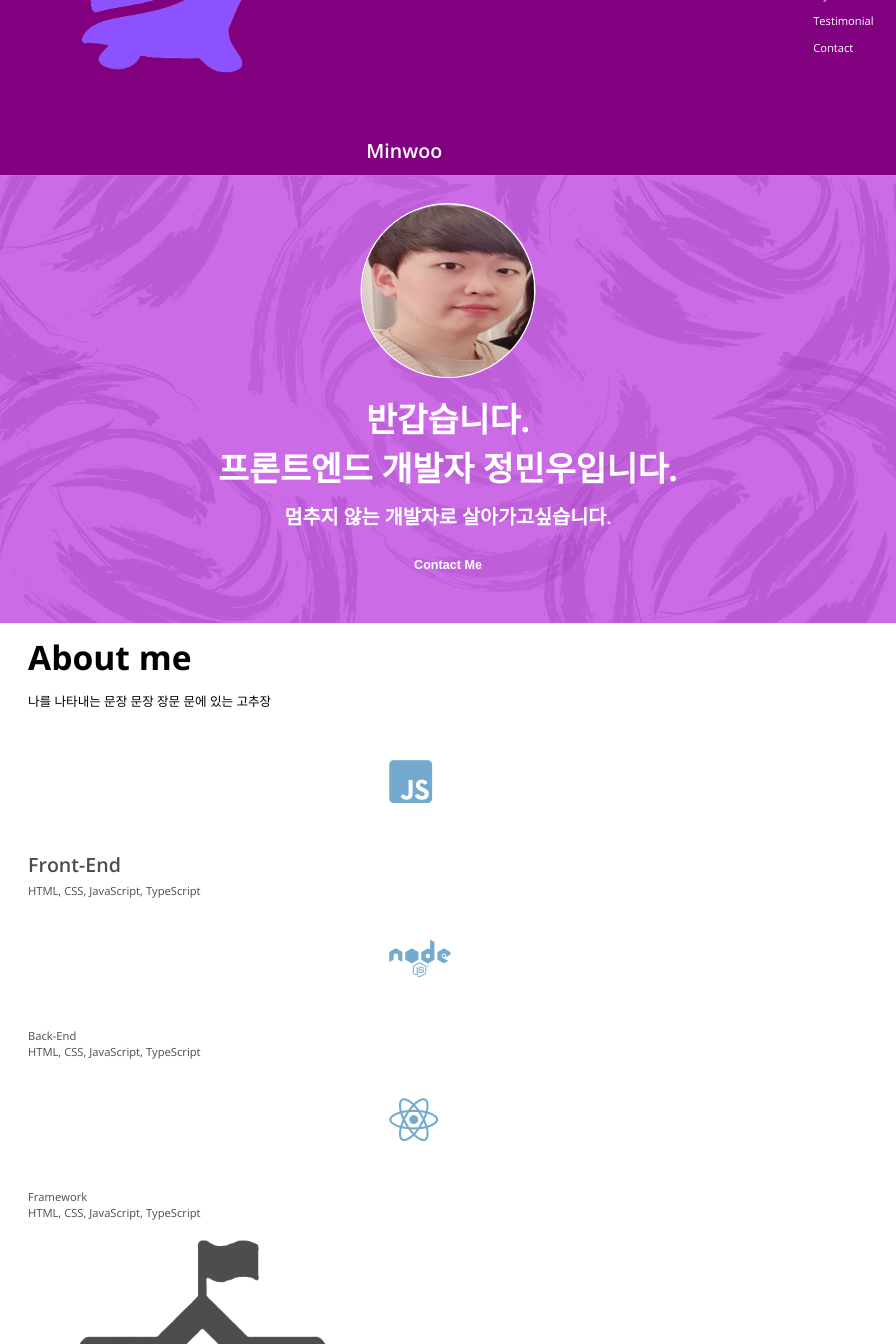
Repository: DevMinwoo-Jung/MinwooPortfolio
Page: index.html
The author's editor kept a copy of each file at every save. The page is drawn from the files as they stood at one save, then again after the next save.
The browser window is 1280 px wide. The pictures show the part of the page from y = 513 to 2433 px (the page is 6178 px tall before and 6200 px after), at 70% of full size.

Above is the page before, as saved 2021-06-01 11:11:21.

### index.html
<!DOCTYPE html>
<html lang="en">
<head>
  <meta charset="UTF-8">
  <meta http-equiv="X-UA-Compatible" content="IE=edge">
  <meta name="viewport" content="width=device-width, initial-scale=1.0">
  <title>Minwoo's Portfolio</title>
  <meta name="description" content="(will be) world-renowned Front-End Web developer Minwoo">
  <meta name="author" content= "Minwoo Jung">
  <link rel="icon" type ="image/png" href="imgs/favicon.png">
  <link rel="stylesheet" href="https://use.fontawesome.com/releases/v5.15.3/css/all.css" integrity="sha384-SZXxX4whJ79/gErwcOYf+zWLeJdY/qpuqC4cAa9rOGUstPomtqpuNWT9wdPEn2fk" crossorigin="anonymous">
  <link rel="preconnect" href="https://fonts.gstatic.com">
<link href="https://fonts.googleapis.com/css2?family=Open+Sans:wght@400;600;700&display=swap" rel="stylesheet">
<link rel="stylesheet" href="style.css">
<script src="main.js" defer></script>
</head>
<body>
  <h1>Heading</h1>
  <h2>Heading</h2>
  <h3>Heading</h3>
  <p>Paragraph</p>
  <!-- Navbar -->
  <nav id="navbar">
    <div class="navbar__logo">
      <img src="imgs/favicon.png" alt="">
      <a href="#">Minwoo</a>
    </div>
      <ul class="nvabar__menu">
        <li class="navbar__menu__item--active">Home</li>
        <li class="navbar__menu__item">About</li>
        <li class="navbar__menu__item">Skills</li>
        <li class="navbar__menu__item">My work</li>
        <li class="navbar__menu__item">Testimonial</li>
        <li class="navbar__menu__item">Contact</li>
      </ul>
  </nav>
  <!-- Home -->
  <section id="home">
    <img src="imgs/myPhoto.jpg" alt="Minwoo's profile photo" class="home__avatar">
    <h1 class="home__title">반갑습니다. <br> 프론트엔드 개발자 정민우입니다.</h1>
    <h2 class="home__description">멈추지 않는 개발자로 살아가고싶습니다.</h2>
    <button class="home__contact">Contact Me</button>
  </section>
  <!-- About -->
  <section id="about" class="section__container">
    <h1>About me</h1>
    <p>나를 나타내는 문장 문장 장문 문에 있는 고추장</p>
    <div class="about__majors">
      <div class="major">
        <div class="major__icon">
          <i class="fab fa-js-square"></i>
        </div>
        <h2 class="major__title">Front-End</h2>
        <div class="major__description">
          HTML, CSS, JavaScript, TypeScript
        </div>
      </div>
      <div class="major">
        <div class="major__icon">
          <i class="fab fa-node"></i>
        </div>
        <div class="major__title">Back-End</div>
        <div class="major__description">
          HTML, CSS, JavaScript, TypeScript
        </div>
      </div>
      <div class="major">
        <div class="major__icon">
          <i class="fab fa-react"></i>
        </div>
        <div class="major__title">Framework</div>
        <div class="major__description">
          HTML, CSS, JavaScript, TypeScript
        </div>
      </div>
    </div>
    <div class="aoubt__jobs">
      <div class="job">
        <img src="imgs/school.png" alt="" class="job__logo">
      </div>
      <div class="job__description">
        <p class="job__period">쌍용교육센터 - 2019.09 ~ 2020.04</p>
      </div>
      <div class="job">
        <img src="imgs/school.png" alt="" class="job__logo">
      </div>
      <div class="job__description">
        <p class="job__period">호서대학교 - 2012.02 ~ 2017.02</p>
      </div>
    </div>



  </section>
  <!-- Skills -->
  <section id="skills" class="section">
    <div class="section__container">
      <h1>Skills</h1>
      <h2>Skills & Attributes</h2>
      <p>
        나를 잘 포장할 말을 쓰면 된다
      </p>
      <div class="skillset">
        <div class="skillset__left">
          <h3 class="skillset__title">Skills</h3>
          <div class="skill">
            <div class="skill__description">
              <span>HTML</span>
              <span>90%</span>
            </div>
            <div class="skill__bar">
              <div class="skill__value" style="width: 99%;"></div>
            </div>
          </div>
          <div class="skill">
            <div class="skill__description">
              <span>JavaScript</span>
              <span>90%</span>
            </div>
            <div class="skill__bar">
              <div class="skill__value"  style="width: 99%;"></div>
            </div>
          </div>
          <div class="skill">
            <div class="skill__description">
              <span>CSS</span>
              <span>90%</span>
            </div>
            <div class="skill__bar">
              <div class="skill__value"  style="width: 90%;"></div>
            </div>
          </div>
          <div class="skill">
            <div class="skill__description">
              <span>TypeScript</span>
              <span>90%</span>
            </div>
            <div class="skill__bar">
              <div class="skill__value"  style="width: 85%;"></div>
            </div>
          </div>
          <div class="skill">
            <div class="skill__description">
              <span>NodeJs</span>
              <span>90%</span>
            </div>
            <div class="skill__bar">
              <div class="skill__value"  style="width: 80%;"></div>
            </div>
          </div>
        </div>
        <div class="skillset__right">
          <div class="tools">
            <h3 class="skillset__title">Tools</h3>
            <ul class="tools__list">
              <li><span>Visual Studio Code</span></li>
              <li><span>1</span></li>
              <li><span>2</span></li>
              <li><span>3</span></li>
              <li><span>4</span></li>
            </ul>
          </div>
          <div class="etc">
            <h3 class="skillset__title">Etc</h3>
            <ul class="etc__list">
              <li><span>Git</span></li>
              <li><span>Etc</span></li>
            </ul>
          </div>
        </div>
      </div>
    </div>
  </section>
  <!-- Work -->
  <section id="work" class="section">
<div class="section__container">
  <h1>My work</h1>
  <h3>Projects</h3>
  <div class="work__categories">
    <button class="category__btn active">All <span class="category__count">8</span></button>
    <button class="category__btn">Front-End <span class="category__count">3</span></button>
    <button class="category__btn">React <span class="category__count">2</span></button>
    <button class="category__btn">vanilaJs <span class="category__count">2</span></button>
    <button class="category__btn">nodeJs <span class="category__count">1</span></button>
  </div>
  <div class="work__projects">
    <a href="mygithub" class="project" target="blank" data-type="back-end">
    <img class="project__img" src="imgs/favicon.png" alt="project1">
    <!-- 이미지 추후에 넣자 -->
    <div class="project__description">
      <h3>Proejct</h3>
      <span>Clone coding with HTML and CSS</span>
    </div>
    </a>
    <a href="mygithub" class="project" target="blank" data-type="back-end">
      <img class="project__img" src="imgs/favicon.png" alt="project1">
      <!-- 이미지 추후에 넣자 -->
      <div class="project__description">
        <h3>Proejct</h3>
        <span>Clone coding with HTML and CSS</span>
      </div>
      </a>
      <a href="mygithub" class="project" target="blank" data-type="back-end">
        <img class="project__img" src="imgs/favicon.png" alt="project1">
        <!-- 이미지 추후에 넣자 -->
        <div class="project__description">
          <h3>Proejct</h3>
          <span>Clone coding with HTML and CSS</span>
        </div>
      </a>
      <a href="mygithub" class="project" target="blank" data-type="back-end">
        <img class="project__img" src="imgs/favicon.png" alt="project1">
        <!-- 이미지 추후에 넣자 -->
        <div class="project__description">
          <h3>Proejct</h3>
          <span>Clone coding with HTML and CSS</span>
        </div>
      </a>
      <a href="mygithub" class="project" target="blank" data-type="back-end">
        <img class="project__img" src="imgs/favicon.png" alt="project1">
        <!-- 이미지 추후에 넣자 -->
        <div class="project__description">
          <h3>Proejct</h3>
          <span>Clone coding with HTML and CSS</span>
        </div>
      </a>
      <a href="mygithub" class="project" target="blank" data-type="back-end">
        <img class="project__img" src="imgs/favicon.png" alt="project1">
        <!-- 이미지 추후에 넣자 -->
        <div class="project__description">
          <h3>Proejct</h3>
          <span>Clone coding with HTML and CSS</span>
        </div>
      </a>
      <a href="mygithub" class="project" target="blank" data-type="back-end">
        <img class="project__img" src="imgs/favicon.png" alt="project1">
        <!-- 이미지 추후에 넣자 -->
        <div class="project__description">
          <h3>Proejct</h3>
          <span>Clone coding with HTML and CSS</span>
        </div>
      </a>
      <a href="mygithub" class="project" target="blank" data-type="back-end">
        <img class="project__img" src="imgs/favicon.png" alt="project1">
        <!-- 이미지 추후에 넣자 -->
        <div class="project__description">
          <h3>Proejct</h3>
          <span>Clone coding with HTML and CSS</span>
        </div>
      </a>
  </div>
</div>
  </section>
  <!-- Testimonials -->
  <section id="testimonials" class="section">
<div class="section__container">
  <h1>Testmonials</h1>
  <h3>See what they say about me</h3>
  <div class="testimonials">
    <div class="testimonial">
      <img src="imgs/testimonail/people.jpg" alt="" class="testimonial__avatar">
      <div class="testimonail__speech-bubble">
        <p>Lorem Ipsum is simply dummy text of the printing and typesetting industry. Lorem Ipsum has been the industry's standard dummy text ever since the 1500s, when an unknown printer took a galley of type and scrambled it to make a type specimen book. It has survived not only five centuries, but also the leap into electronic typesetting, remaining essentially unchanged. It was popularised in the 1960s with the release of Letraset sheets containing Lorem Ipsum passages, and more recently with desktop publishing software like Aldus PageMaker including versions of Lorem Ipsum.</p>
        <p class="name"><a href="">이름</a>일한곳</p>
      </div>
    </div>
    <div class="testimonial">
      <div class="testimonail__speech-bubble">
        <p>Lorem Ipsum is simply dummy text of the printing and typesetting industry. Lorem Ipsum has been the industry's standard dummy text ever since the 1500s, when an unknown printer took a galley of type and scrambled it to make a type specimen book. It has survived not only five centuries, but also the leap into electronic typesetting, remaining essentially unchanged. It was popularised in the 1960s with the release of Letraset sheets containing Lorem Ipsum passages, and more recently with desktop publishing software like Aldus PageMaker including versions of Lorem Ipsum.</p>
        <p class="name"><a href="">이름</a>일한곳</p>
      </div>
      <img src="imgs/testimonail/people.jpg" alt="" class="testimonial__avatar">
    </div>
  </div>
</div>
  </section>
  <!-- Contact -->
  <section id="contact" class="section">
    <h1 class="contact__title">Let's talk</h1>
    <h2 class="contact__email">applejung312@gmail.com</h2>
    <div class="contact__links">
      <a href="https://github.com/DevMinwoo-Jung" target="_blank">
        <i class="fab fa-github"></i>
      </a>
      <a href="https://dev-minwoo.tistory.com/" target="_blank">
        <i class="fas fa-blog"></i>
      </a>
    </div>
    <p class="contact__right">
      2021 Minwoo Jung - All rights reseverd
    </p>
  </section>
</body>
</html>

### style.css
/* Global */
:root {
  /* Color */
  --color-white: #ffffff;
  --color-light-white: #eeeeee;
  --color-dark-white: #bdbdbd;
  --color-pink: #fe918d;
  --color-dark-pink: #ff6863;
  --color-dark-grey: #4d4d4d;
  --color-grey: #616161;
  --color-light-grey: #7c7979;
  --color-blue: #73aace;
  --color-yellow: #fff7d1;
  --color-orange: #feb546;
  --color-black: #000000;
  --color-dard-purple: rgb(78, 23, 69);

  /* Font size */
  --font-large: 48px;
  --font-medium: 28px;
  --font-regular: 18px;
  --font-small: 16px;
  --font-micro: 14px;

  /* Font weight */
  --weight-bold: 700;
  --weight-semi-bold: 600;
  --weight-regular: 400;

  /* Size */
  --size-border-radius: 4px;

  /* Animation Duration */
  --animation-duration: 300ms;
}

/* Universal tags */
* {
  box-sizing: border-box;
}

/* Typography */
h1 {
  font-size: var(--font-large);
  font-weight: var(--weight-bold);
  color: var(--color-black);
  margin: 16px 0px;
}

h2 {
  font-size: var(--font-medium);
  font-weight: var(--weight-semi-bold);
  color: var(--color-black);
  margin: 8px 0;
}

h3 {
  font-size: var(--font-regular);
  font-weight: var(--weight-regular);
  color: var(--color-black);
  margin: 8px 0;
}

p {
  font-size: var(--font-regular);
  font-weight: var(--weight-regular);
  color: var(--color-black);
  margin: 16px 0;
}

body {
  margin: 0;
  font-family: "Open Sans", sans-serif;
  cursor: default;
}

a {
  text-decoration: none;
  color: var(--color-white);
}

ul {
  list-style: none;
  padding-left: 0;
}

li {
  list-style: none;
}

button {
  background-color: transparent;
  cursor: pointer;
  border: none;
  outline: none;
}

/* Navbar */
#navbar {
  display: flex;
  justify-content: space-between;
  background-color: purple;
  align-items: center;
  color: var(--color-white);
  padding: 16px;
}

.navbar__menu {
  display: flex;
}

.navbar__menu__item {
  padding: 8px 12px;
  margin: 0 4px;
  cursor: pointer;
  border-radius: var(--size-border-radius);
}

.navbar__logo {
  font-size: var(--font-medium);
  font-weight: var(--weight-semi-bold);
}

.navbar__menu__item--active {
  border: 1px solid var(--color-white);
}

.navbar__menu__item:hover {
  background-color: var(--color-dard-purple);
}

/* Home */
#home {
  background: url("imgs/background\ Img.png") center/cover no-repeat;
  padding: 40px;
  text-align: center;
}

.home__avatar {
  width: 250px;
  height: 250px;
  border-radius: 50%;
  border: 2px solid var(--color-white);
}

.home__title,
.home__description {
  color: var(--color-white);
}

.home__contact {
  color: var(--color-white);
  font-size: var(--font-regular);
  font-weight: var(--weight-bold);
  margin: 24px;
  padding: 8px 12px;
  border: 2px solid (var(--color-white));
  border-radius: var(--size-border-radius);
}

/* Section common */
.section {
  margin: auto;
  padding: 50px;
  text-align: center;
}

.section__container {
  max-width: 1200px;
  margin: auto;
}

/* About */
.aoubt__majors {
  display: flex;
  justify-content: space-between;
  margin: 80px 0;
}

.major__icon {
  width: 170px;
  height: 170px;
  font-size: 70px;
  line-height: 170px;
  margin: auto;
  border: 1px solid var(--color-white);
  border-radius: 50%;
  margin-bottom: 16px;
  color: var(--color-blue);
}

.major__icon:hover i {
  color: var(--color-pink);
  transform: rotate(-30deg) scale(1.1);
}

.major__icon i {
  transition: all var(--animation-duration) ease;
}

/*
.major__icon i:hover{
  이렇게하면 i에 올려났을때만 변하지만
  위처럼하면 icon에 올렸을때 i만 변한다
  color: var(--color-pink);
  transform: rotate(-30deg) scale(1.1);
} */

.major__title,
.major__description {
  color: var(--color-dark-grey);
}

.major__description {
  font-size: var(--font-small);
}

.job {
  display: flex;
  align-items: center;
}

.job__description {
  margin: 0 16px;
  text-align: left;
}

.job__name,
.job__period {
  color: var(--color-light-grey);
}

.job__name {
  font-size: var(--font-small);
}

.job__period {
  font-size: var(--font-micro);
}

/* Skill */
#skills {
  background-color: var(--color-yellow);
}

.skillset {
  display: flex;
  background-color: var(--color-light-grey);
  color: var(--color-light-white);
  margin: 20px 0;
}

.skillset__title {
  color: var(--color-white);
}

.skillset__left {
  flex-basis: 60%;
  background-color: var(--color-dark-grey);
  color: var(--color-white);
  padding: 20px 40px;
}

.skill__description {
  display: flex;
  justify-content: space-between;
}

.skillset__right {
  flex-basis: 40%;
}

.tools {
  background-color: var(--color-grey);
}

.skill__bar {
  width: 100%;
  height: 3px;
  background-color: var(--color-grey);
}

.skill {
  margin-bottom: 32px;
}

.skill__value {
  height: 3px;
  background-color: var(--color-orange);
}

.tolls,
.etc {
  padding: 20px;
}

/* Work */
.work__categories {
  margin: 40px;
}

.category__btn {
  border: 1px solid var(--color-dark-grey);
  border-radius: var(--size-border-radius);
  font-size: var(--font-regular);
  padding: 8px 48px;
}

.category__btn.active,
.category__btn:hover {
  background-color: var(--color-pink);
  color: var(--color-white);
}

.category__btn.active,
.category__count,
.category__btn:hover .category__count {
  opacity: 1;
  top: 0;
}
.category__count {
  background-color: var(--color-orange);
  border-radius: 50%;
  color: var(--color-white);
  width: 24px;
  height: 24px;
  display: inline-block;
  line-height: 24px;
  position: relative;
  top: -20px;
  left: 4px;
  opacity: 0;
  transition: all var(--animation-duration);
}

.work__projects {
  display: flex;
  flex-wrap: wrap;
  justify-content: center;
}

.project {
  width: 280px;
  display: flex;
  justify-content: center;
  align-items: center;
  height: 250px;
  margin: 2px;
  background-color: var(--color-light-white);
  position: relative;
}

.project__img {
  max-width: 100%;
  max-height: 100%;
}

.project__description {
  position: absolute;
  top: 0;
  left: 0;
  width: 100%;
  height: 100%;
  display: flex;
  flex-direction: column;
  justify-content: center;
  opacity: 0;
  transition: all var(--animation-duration) ease-in;
}

.project:hover .project__description {
  opacity: 0.8;
  transform: translateY(0px);
}

.project__description h3 {
  color: var(--color-white);
}

.project__description h3:after {
  content: "";
  width: 25px;
  height: 25px;
  display: block;
  position: relative;
  left: 50%;
  margin-left: -12px;
  background-color: var(--color-dark-white);
}

/* Testimonial */
#testimonials {
  background-color: var(--color-dark-white);
}

.testimonials {
  margin: 40px;
}

.testimonial {
  display: flex;
  margin: 32px 0;
}

.testimonial__avatar {
  width: 150px;
  height: 150px;
  border-radius: 50%;
}

.testimonial__avatar:nth-child(odd) {
  margin-right: 40px;
}

.testimonial__avatar:nth-child(even) {
  margin-left: 40px;
}

.testimonail__speech-bubble {
  padding: 18px;
  background-color: var(--color-white);
  border-radius: var(--size-border-radius);
}

.testimonail__speech-bubble p {
  color: var(--color-light-grey);
}

.testimonail__speech-bubble a {
  color: var(--color-pink);
}

/* Contact */

#contact {
  background-color: var(--color-pink);
}

.contact__title,
.contact__email,
.contact__rights {
  color: var(--color-white);
}

.contact__title {
  margin: 32px 0;
}

.contact__links {
  font-size: var(--font-large);
  margin: 24px 0;
}

.contact__links i:hover {
  transform: scale(1.1);
  color: var(--color-yellow);
  transition: all var(--animation-duration) ease-in;
}

Loaded but not shown: main.js (no copy from this time; the picture is the same without it)

After the next save:
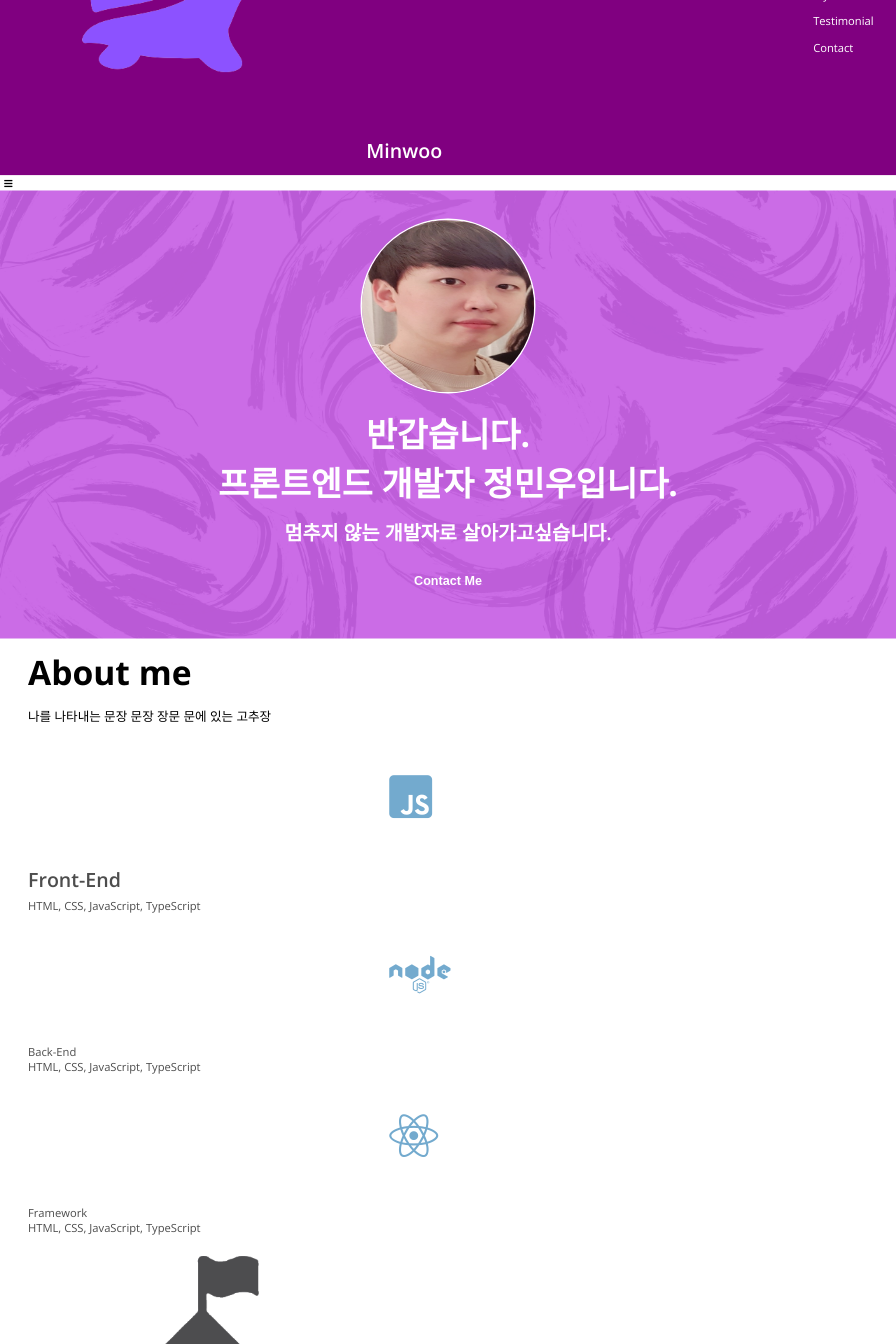
Saved 2 min 48 s later.
--- a/index.html
+++ b/index.html
@@ -34,6 +34,11 @@
         <li class="navbar__menu__item">Contact</li>
       </ul>
   </nav>
+
+  <!-- Toggle Button -->
+  <button class="navbar__toggle-btn">
+    <i class="fas fa-bars"></i>
+  </button>
   <!-- Home -->
   <section id="home">
     <img src="imgs/myPhoto.jpg" alt="Minwoo's profile photo" class="home__avatar">
